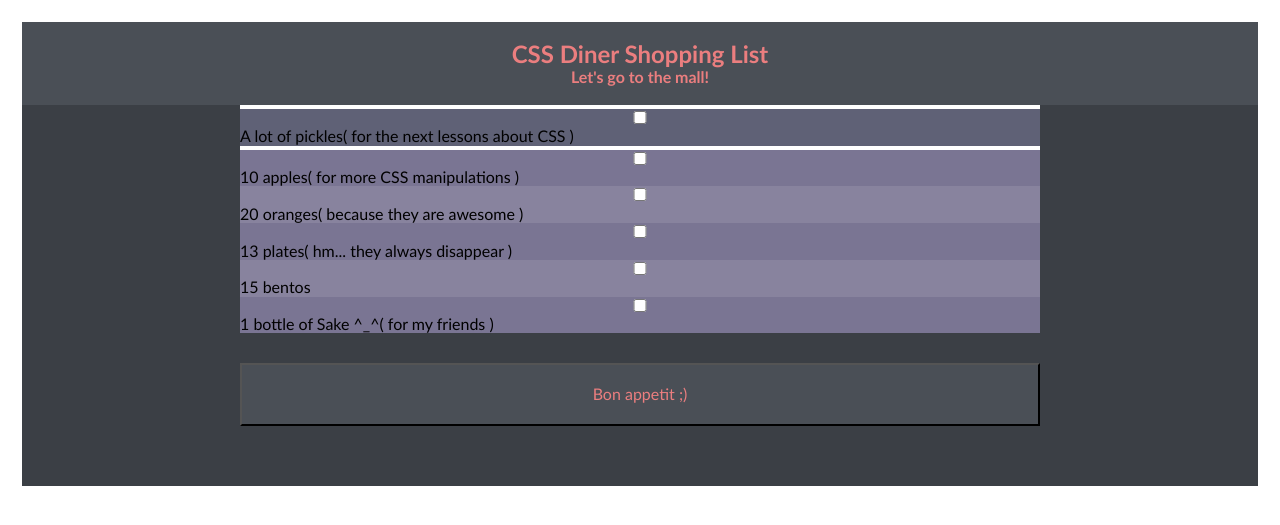
Repository: shpakovskaya/github.io
Page: selector css/shopping list/index.html
An editor plug-in stored every save of this project. The page is shown before and after the next save, followed by the edit.
The browser window is 1280 px wide. The pictures show the whole page.
The first visible `.item` is being pressed.

Above is the page before, as saved 2021-11-08 18:33:56.

### selector css/shopping list/index.html
<!DOCTYPE html>
<html lang="en">
  <head>
    <meta charset="UTF-8" />
    <meta http-equiv="X-UA-Compatible" content="IE=edge" />
    <meta name="viewport" content="width=device-width, initial-scale=1.0" />
    <title>Shopping list</title>
    <link rel="shortcut icon" href="./favicon.ico" type="image/x-icon" />
    <link
      rel="stylesheet"
      href="https://cdnjs.cloudflare.com/ajax/libs/normalize/8.0.1/normalize.min.css"
      integrity="sha512-NhSC1YmyruXifcj/KFRWoC561YpHpc5Jtzgvbuzx5VozKpWvQ+4nXhPdFgmx8xqexRcpAglTj9sIBWINXa8x5w=="
      crossorigin="anonymous"
      referrerpolicy="no-referrer"
    />
    <link rel="stylesheet" href="./style.css" />
  </head>
  <body>
    <div class="container">
      <header class="header">
        <header class="header__wrapper">
          <br />
          <h2>CSS Diner Shopping List</h2>
          <h4>Let's go to the mall!</h4>
          <br />
        </header>
      </header>
      <div class="list">
        <form class="list__wrapper">
          <div class="c-list__wrapper">
            <div class="item">
              <input type="checkbox" id="pickles" name="pickles" />
              <label for="pickles">
                <span class="e-pickles">A lot of pickles</span></label
              >
            </div>
            <div class="item">
              <input type="checkbox" id="apples" name="apples" />
              <label for="apples">
                <span class="e-apples">10 apples</span>
              </label>
            </div>
            <div class="item">
              <input type="checkbox" id="oranges" name="oranges" />
              <label for="oranges"
                ><span class="e-oranges">20 oranges</span>
              </label>
            </div>
            <div class="item">
              <input type="checkbox" id="plates" name="plates" />
              <label for="plates"
                ><span class="e-plates">13 plates</span></label
              >
            </div>
            <div class="item">
              <input type="checkbox" id="bentos" name="bentos" />
              <label for="bentos"
                ><span class="e-bentos">15 bentos</span></label
              >
            </div>
            <div class="item">
              <input type="checkbox" id="bottle" name="bottle" />
              <label for="bottle"
                ><span class="e-bottle">1 bottle of Sake ^_^</span></label
              >
            </div>
          </div>
          <div class="submit">
            <input type="submit" class="bon__wrapper" value="Bon appetit ;)" />
          </div>
        </form>
      </div>
    </div>
  </body>
</html>

### selector css/shopping list/style.css
* {
  margin: 0;
  padding: 0;
  box-sizing: border-box;
  width: 100%;
  transition: all 0.1s ease-in;
}

.container {
  width: 100%;
  max-width: 1920px;
  height: 100%;
  /* box-sizing: border-box; */
  background: #3b3f45;
  border: #ffff solid 22px;
  font-family: "Trebuchet MS", Arial, sans-serif;
}
.header__wrapper {
  width: 100%;
  height: 20%;
  color: #eb7e7f;
  background: #4a4f56;
  text-align: center;
}

.list {
  display: flex;
  justify-content: center;
}

.list__wrapper {
  /* box-sizing: border-box; */
  width: 800px;
  background-color: #88839e;
}

/* .list__wrapper label {
  white-space: nowrap;
} */

.c-list__wrapper {
  /* margin-bottom: 20%; */
  border-bottom: 10px;
  border-color: #3b3f45;
}

.e-pickles::after {
  content: "( for the next lessons about CSS )";
  font-size: 16px;
}

.e-apples::after {
  content: "( for more CSS manipulations )";
  font-size: 16px;
}

.e-oranges::after {
  content: "( because they are awesome )";
  font-size: 16px;
}

.e-plates::after {
  content: "( hm... they always disappear )";
  font-size: 16px;
}

.e-bottle::after {
  content: "( for my friends )";
  font-size: 16px;
}

.e-pickles::before {
  content: initial;
  padding-right: 7px;
}

.submit {
  padding-top: 30px;
  background-color: #3b3f45;
  display: flex;
  justify-content: center;
  padding-bottom: 60px;
}

.bon__wrapper {
  width: 800px;
  /* box-sizing: border-box; */
  background: #4a4f56;
  color: #eb7e7f;
  padding: 20px 0 20px 0;
}

input[type="checkbox"]:checked {
  text-decoration: line-through;
}

.item:nth-child(2n) {
  background-color: #7a7593;
}

.item:hover {
  background-color: #5f6176;
  border-bottom: 4px solid #ffff;
  border-top: 4px solid #ffff;
}

#pickles > span::before {
}

After the next save:
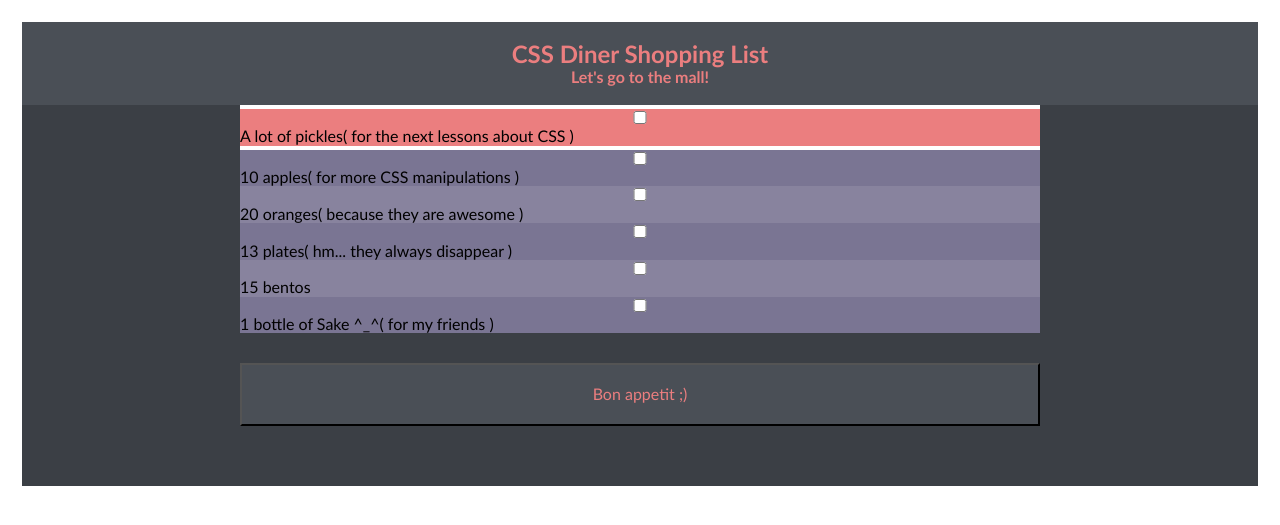
Saved 81 s later.
--- a/selector css/shopping list/style.css
+++ b/selector css/shopping list/style.css
@@ -104,5 +104,9 @@ input[type="checkbox"]:checked {
   border-top: 4px solid #ffff;
 }
 
+.item:active {
+  background-color: #eb7e7f;
+}
+
 #pickles > span::before {
 }
